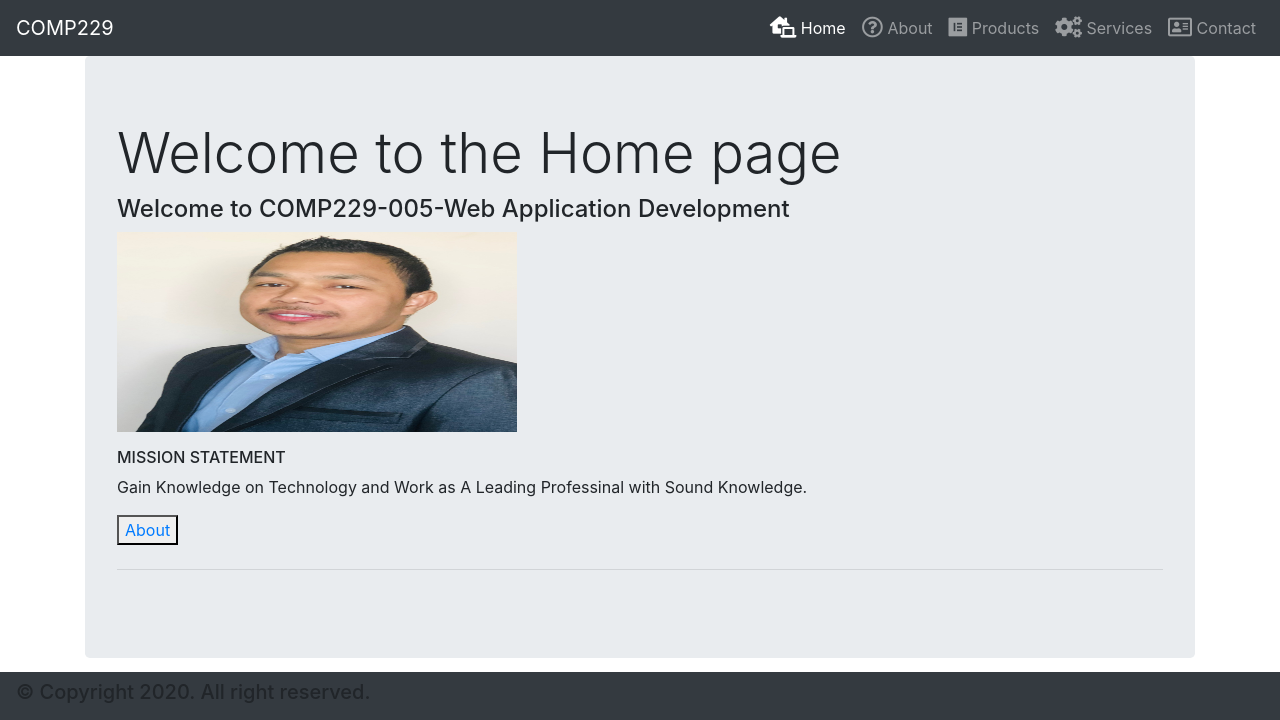
Repository: laxmangothe2020/COMP229Assignment
Page: http://localhost/
These files come from the project's save history. The page is drawn as it stood at one moment and after the next save; the edit follows.
The browser window is 1280 px wide. The pictures show the whole page.
The page is served by the project's Node server (server.js). Other server files are loaded and not shown.

Above is the page before, as saved 2021-02-10 23:38:51.

### views/index.ejs

<%- include partials/header.ejs %>

   <%- include partials/main_nav.ejs %>

      <!-- Main Contain -->
   <main class="container">
    <div class="jumbotron">
    <h1 class="display-4"> Welcome to the <%= title %> page </h1>
    <!--Using Switch case all infornation passed through here-->
      <% switch (title) {
        case 'Home' : %>
        <%- include partials/home.ejs %>
                <% break;

        case 'About' : %>
        <%- include partials/about.ejs %>
                <% break;

        case 'Products' : %>
        <%- include partials/products.ejs %>
                <% break;

        case 'Services' : %>
        <%- include partials/services.ejs %>
                <% break;

        case 'Contact' : %>
        <%- include partials/contact.ejs %>
              <% break;
       } %>
      <hr class="my-4">
    </div>
  </main>

   <%- include partials/bottom_nav.ejs %>


    <%- include partials/footer.ejs %>

### views/partials/header.ejs

<!DOCTYPE html>
<html lang="en">
  <head>
   <meta charset="UTF-8">
   <meta name="viewport" content="with=device-width, initial-scale=1.0">
    <title><%= title %></title>

  <!-- CSS Section-->
  <link rel="stylesheet" href="/bootstrap/dist/css/bootstrap.min.css">
  <link rel="stylesheet" href="/@fortawesome/fontawesome-free/css/all.min.css">
  <link rel='stylesheet' href='/Content/app.css'/>

</head>
<body>

### views/partials/main_nav.ejs
<!-- Main Navigation -->
   <nav class="navbar navbar-expand-lg navbar-dark bg-dark">
      <a class="navbar-brand" href="/">COMP229</a>
      <button class="navbar-toggler" type="button" data-toggle="collapse" data-target="#navbarSupportedContent" aria-controls="navbarSupportedContent" aria-expanded="false" aria-label="Toggle navigation">
       <span class="navbar-toggler-icon"></span>
     </button>

     <div class="collapse navbar-collapse" id="navbarSupportedContent">
        <ul class="navbar-nav ml-auto">

          <% if (title == "Home") { %>
        <li class="nav-item active">
        <% } else { %>
        <li class="nav-item">
        <% } %>
          <a class="nav-link" href="/home"><i class="fas fa-lg fa-laptop-house"></i> Home </a>
        </li>

        <% if (title == "About") { %>
          <li class="nav-item active">
          <% } else { %>
          <li class="nav-item">
          <% } %>
        <a class="nav-link" href="/about"><i class="far fa-lg fa-question-circle"></i> About </a>
        </li>

        <% if (title == "Products") { %>
          <li class="nav-item active">
          <% } else { %>
          <li class="nav-item">
          <% } %>
        <a class="nav-link" href="/products"><i class="fab fa-lg fa-elementor"></i> Products </a>
        </li>

        <% if (title == "Services") { %>
          <li class="nav-item active">
          <% } else { %>
          <li class="nav-item">
          <% } %>
        <a class="nav-link" href="/services"><i class="fas fa-lg fa-cogs"></i> Services </a>
        </li>

        <% if (title == "Contact") { %>
          <li class="nav-item active">
          <% } else { %>
          <li class="nav-item">
          <% } %>
        <a class="nav-link" href="/contact"><i class="far fa-lg fa-address-card"></i> Contact </a>

        </li>

      </div>
    </nav>

### views/partials/home.ejs
<body>

    <div class="content">
        <h4>Welcome to COMP229-005-Web Application Development</h4>
        <img src="./Assets/images/lax.jpeg" width="400" height="200" >
        <p>
            <h6> MISSION STATEMENT</h6> Gain Knowledge on Technology and Work as A Leading Professinal with Sound Knowledge.
        </p>
        <p>
            <button class="active"><a href="/about"> About </a></button>
        </p>
    </div>

</body>

### views/partials/about.ejs


    <div id="contentEditable">


                    <div style="background-color: #C0C0C0;margin-bottom: 10px">
                        <h3 style="padding-left: 40px;padding-top:20px;color: #AA7439"> About Me </h3>
                        <div style="width: 100%;height:100%;background-color:#C0C0C0;">
                            <img src="./Assets/images/laxman.jpeg" alt="Security for Life" width="15%" style="float: right;margin-left: 30px;margin-right:30px">
                           <p style="padding-left:15px; padding-right: 10px; color:#696969;margin:20px;text-align: justify;line-height:1.7;padding-bottom: 20px;">
                             &nbsp;&nbsp;&nbsp;&nbsp;&nbsp;&nbsp;&nbsp;&nbsp;The Civil Homes REALTORS® is a small, family owned real estate company with full-time Professional REALTORS®. We have been in business in Madison since 1990 and have helped hundreds of people and families buy and sell homes throughout the years all over Madison, Dane County and the surrounding counties. The Civil Homes REALTORS® is licensed in the State of Toronto.
                             <br>
                             <br>&nbsp;&nbsp;&nbsp;&nbsp;&nbsp;&nbsp;&nbsp;&nbsp;We pride ourselves on the quality of service that we provide, not the quantity that we sell. We find that our clients are extremely satisfied with the services we provide, because they know that our first concern is always their best interests. The wants and needs of our clients are always at the forefront of our business practices and are the driving force behind all that we do.

                           </p>
    </div>


        </div>


        </div>
<p><a href="/public/PDF/resume.pdf"> Resume </a></button></p>

### views/partials/products.ejs
<div class="row">
    <div class="column">
        <img src="./Assets/images/mobile.jpg" width="350" height="250" >
        <p> The main purpose to develop this project is<br>
            to roll the dice. we have two diaces here, <br>
            when we click on the roll button, it shows<br>
            the number and also shows the total number<br>
            by adding the number of both dice.</p>
    </div>
    <div class="column">
        <img src="./Assets/images/game.jpg" width="350" height="250" >
        <p> This is the Slot Machine Project. The main<br>
            purpose to develop this project is to show<br>
            how the jackpot works. When we bet  amount<br>
            and play,it shows either we win the game or<br>
            loose. It shows credic, balance and jackpot.</p>
    </div>
    <div class="column">
        <img src="./Assets/images/software.jpg" width="350" height="250" >
        <p> This is a 5 page project of Web Application<br>
            The main purpose to develop this project is <br>
            to run multi-pages and show the importance <br>
            of each pages. Home, About, Products, Services<br>
            and Contact pages are the pages of this project</p>
    </div>
 </div>

### views/partials/services.ejs
<div class="row">
    <div class="column">
        <img src="./Assets/images/qualityassurance.jpg" width="350" height="250" >
    </div>
    <div class="column">
        <img src="./Assets/images/softwaredev.jpg" width="350" height="250" >
    </div>
    <div class="column">
        <img src="./Assets/images/technical.jpg" width="350" height="250" >
    </div>
    <h3>Our Services:</h3> <br>
        <p>We work for several aspects of IT related tasks. Our Main purpose is to make sure on the Quality of our products.
            Similarly, Web designing, coding by using C#, JavaScript, Database are our major focus. We provide service to the customer
            in a fast paced way. All the customers are happy with our Service.
        </p>
</div>

### views/partials/contact.ejs
<div class="container">
    <h1 class="display-5">CONTACT FIELD</h1>
    <div id="errorMessage" class="alert alert-danger" role="alert" hidden>

    </div>
    <hr>
    <form id="conactForm">
      <div class="form-group">
        <label for="firstName">First Name</label>
        <input type="text" class="form-control" id="firstName" name="firstName" aria-describedby="firstName"
        placeholder="Enter First Name" required autofocus>
      </div>

      <div class="form-group">
        <label for="lastName">Last Name</label>
        <input type="text" class="form-control" id="lastName" name="lastName" aria-describedby="lastName"
        placeholder="Enter Last Name" required>
      </div>

      <div class="form-group">
        <label for="contactNumber">Contact Number</label>
        <input type="tel" class="form-control" id="contactNumber" name="contactNumber" aria-describedby="contactNumber"
        placeholder="Enter Contact Number" required>
      </div>

      <div class="form-group">
        <label for="emailAddress">Email address</label>
        <input type="email" class="form-control" id="emailAddress" name="emailAddress" aria-describedby="emailAddress"
        placeholder="Enter Email" required>
      </div>

      <div class="form-group">
        <label for="shortMessage">Your Message</label>
        <textarea class="form-control" id="shortMessage"  name="shortMessage" rows="3" aria-describedby="shortMessage" placeholder="--If you have Short message, please write here--" required></textarea></textarea>
      </div>

      <a href="/"><button type="button" value="Submit"class="btn btn-primary btn-lg"><i class="fas fa-file-import"></i>Send</button></a>
      <!--<button id="submitButton" type="submit" class="btn btn-primary btn-lg"><i class="fas fa-share-square"></i> Send</button> -->
      <button id="resetButton" type="reset" class="btn btn-warning btn-lg"><i class="fas fa-redo"></i> Reset</button>
      <br>
      <br>
      <br>
    </form>

  </div>

### views/partials/bottom_nav.ejs
<!-- Bottom Nav -->

    <footer>
       <nav class="navbar fixed-bottom navbar-dark bg-dark">
        <h5 class="display-6 navbar.text">&copy; Copyright 2020. All right reserved.</h5>
       </nav>
    </footer>

### views/partials/footer.ejs
<!-- Script Section-->
    <script src="/jquery/dist/jquery.min.js"></script>
    <script src="/bootstrap/dist/js/bootstrap.min.js"></script>
    <script src="/Scripts/app.js"></script>
 </body>
</html>

### server.js
#!/usr/bin/env node

/**
 * Module dependencies.
 */

let app = require('./app');
let debug = require('debug')('week4:server');
let http = require('http');

/**
 * Get port from environment and store in Express.
 */

let port = normalizePort(process.env.PORT || '3000');
app.set('port', port);

/**
 * Create HTTP server.
 */

let server = http.createServer(app);

/**
 * Listen on provided port, on all network interfaces.
 */

server.listen(port);
server.on('error', onError);
server.on('listening', onListening);

/**
 * Normalize a port into a number, string, or false.
 */

function normalizePort(val) {
  let port = parseInt(val, 10);

  if (isNaN(port)) {
    // named pipe
    return val;
  }

  if (port >= 0) {
    // port number
    return port;
  }

  return false;
}

/**
 * Event listener for HTTP server "error" event.
 */

function onError(error) {
  if (error.syscall !== 'listen') {
    throw error;
  }

  let bind = typeof port === 'string'
    ? 'Pipe ' + port
    : 'Port ' + port;

  // handle specific listen errors with friendly messages
  switch (error.code) {
    case 'EACCES':
      console.error(bind + ' requires elevated privileges');
      process.exit(1);
      break;
    case 'EADDRINUSE':
      console.error(bind + ' is already in use');
      process.exit(1);
      break;
    default:
      throw error;
  }
}

/**
 * Event listener for HTTP server "listening" event.
 */

function onListening() {
  let addr = server.address();
  let bind = typeof addr === 'string'
    ? 'pipe ' + addr
    : 'port ' + addr.port;
  debug('Listening on ' + bind);
}

### routes/index.js
var express = require('express');
var router = express.Router();

/* GET home page. */
router.get('/', function(req, res, next) {
  res.render('index', { title: 'Home'});
});

/* GET home page. */
router.get('/home', function(req, res, next) {
  res.render('index', { title: 'Home'});
});

/* GET About page. */
router.get('/about', function(req, res, next) {
  res.render('index', { title: 'About'});
});

/* GET Products page. */
router.get('/products', function(req, res, next) {
  res.render('index', { title: 'Products'});
});

/* GET Services page. */
router.get('/services', function(req, res, next) {
  res.render('index', { title: 'Services'});
});


/* GET Contact us page. */
router.get('/contact', function(req, res, next) {
  res.render('index', { title: 'Contact'});
});

module.exports = router;

### app.js
//installed third party packages
let createError = require('http-errors');
let express = require('express');
let path = require('path');
let cookieParser = require('cookie-parser');
let logger = require('morgan');

let indexRouter = require('./routes/index');
let usersRouter = require('./routes/users');

let app = express();

// view engine setup
app.set('views', path.join(__dirname, 'views'));
app.set('view engine', 'ejs');

app.use(logger('dev'));
app.use(express.json());
app.use(express.urlencoded({ extended: false }));
app.use(cookieParser());
app.use(express.static(path.join(__dirname, 'public')));
app.use(express.static(path.join(__dirname, 'node_modules')));

app.use('/', indexRouter);
app.use('/users', usersRouter);
app.use('/public/images', express.static('./public/images') ) ;
app.use('/public/PDF', express.static('./public/PDF'));
app.use('/views/partials', express.static('./views/partials'));


// catch 404 and forward to error handler
app.use(function(req, res, next) {
  next(createError(404));
});

// error handler
app.use(function(err, req, res, next) {
  // set locals, only providing error in development
  res.locals.message = err.message;
  res.locals.error = req.app.get('env') === 'development' ? err : {};

  // render the error page
  res.status(err.status || 500);
  res.render('error');
  res.render('error', {title: 'Error'});
});

module.exports = app;

### public/Content/app.css
/* Custom CSS goes here */

### public/Scripts/app.js
// IIFE
(function(){
    function start()
    {
        console.log("App started...")
    }
    window.addEventListener("load", start);

})();

After the next save:
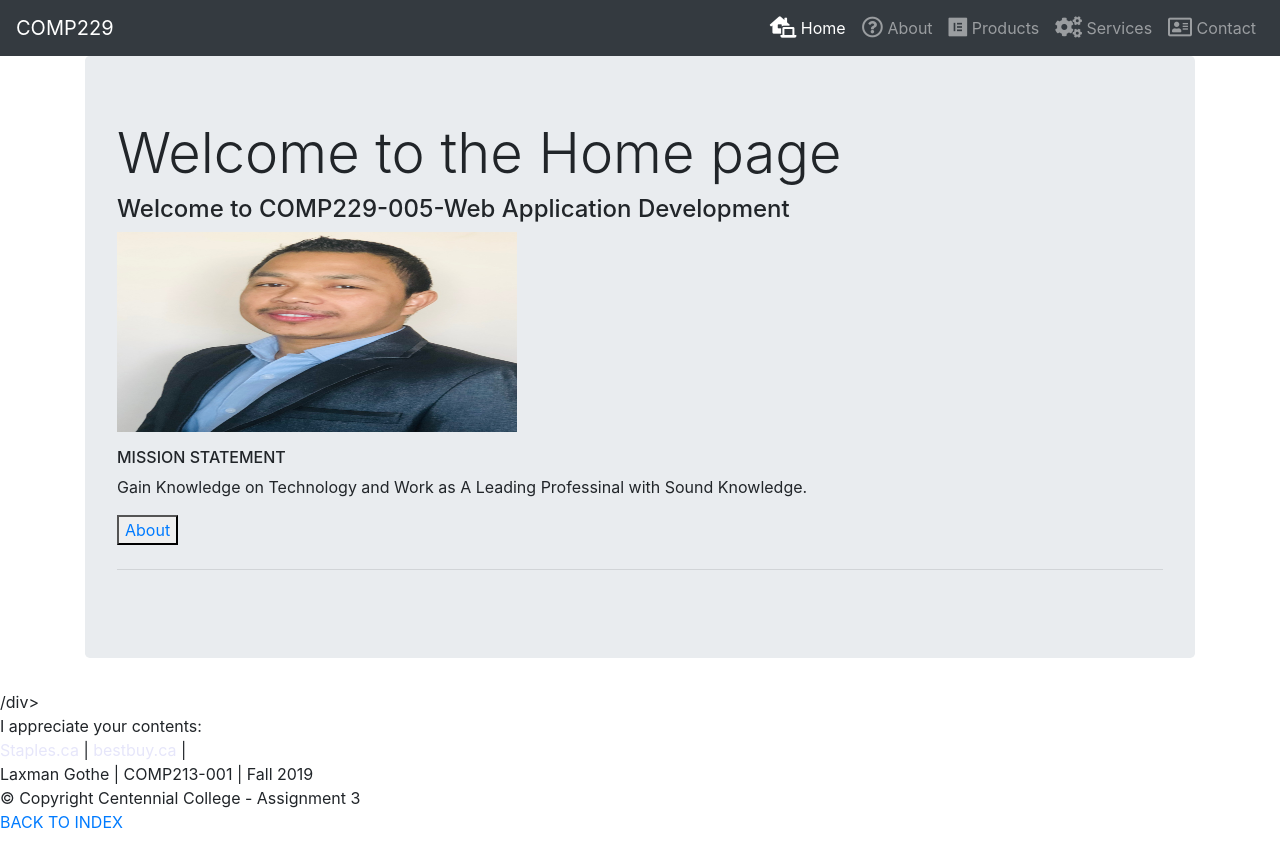
Saved 5 min 43 s later.
--- a/views/partials/bottom_nav.ejs
+++ b/views/partials/bottom_nav.ejs
@@ -1,7 +1,15 @@
 <!-- Bottom Nav -->
 
-    <footer>
-       <nav class="navbar fixed-bottom navbar-dark bg-dark">
-        <h5 class="display-6 navbar.text">&copy; Copyright 2020. All right reserved.</h5>
-       </nav>
-    </footer>
+    /div>
+            <footer>
+                    <p style="font-size: medium;">I appreciate your contents: <br>
+                        <a href="https://www.staples.ca" style="text-decoration: none;color:lavender">Staples.ca</a>
+                        | <a href="https://www.bestbuy.ca" style="text-decoration: none;color:lavender">bestbuy.ca</a> |
+
+                         <br>
+                    Laxman Gothe | COMP213-001 | Fall 2019
+                <br>&copy;&nbsp;Copyright Centennial College - Assignment 3  <br>
+            <a href="../index.html">BACK TO INDEX</a></p>
+            </footer>
+
+        </div>
